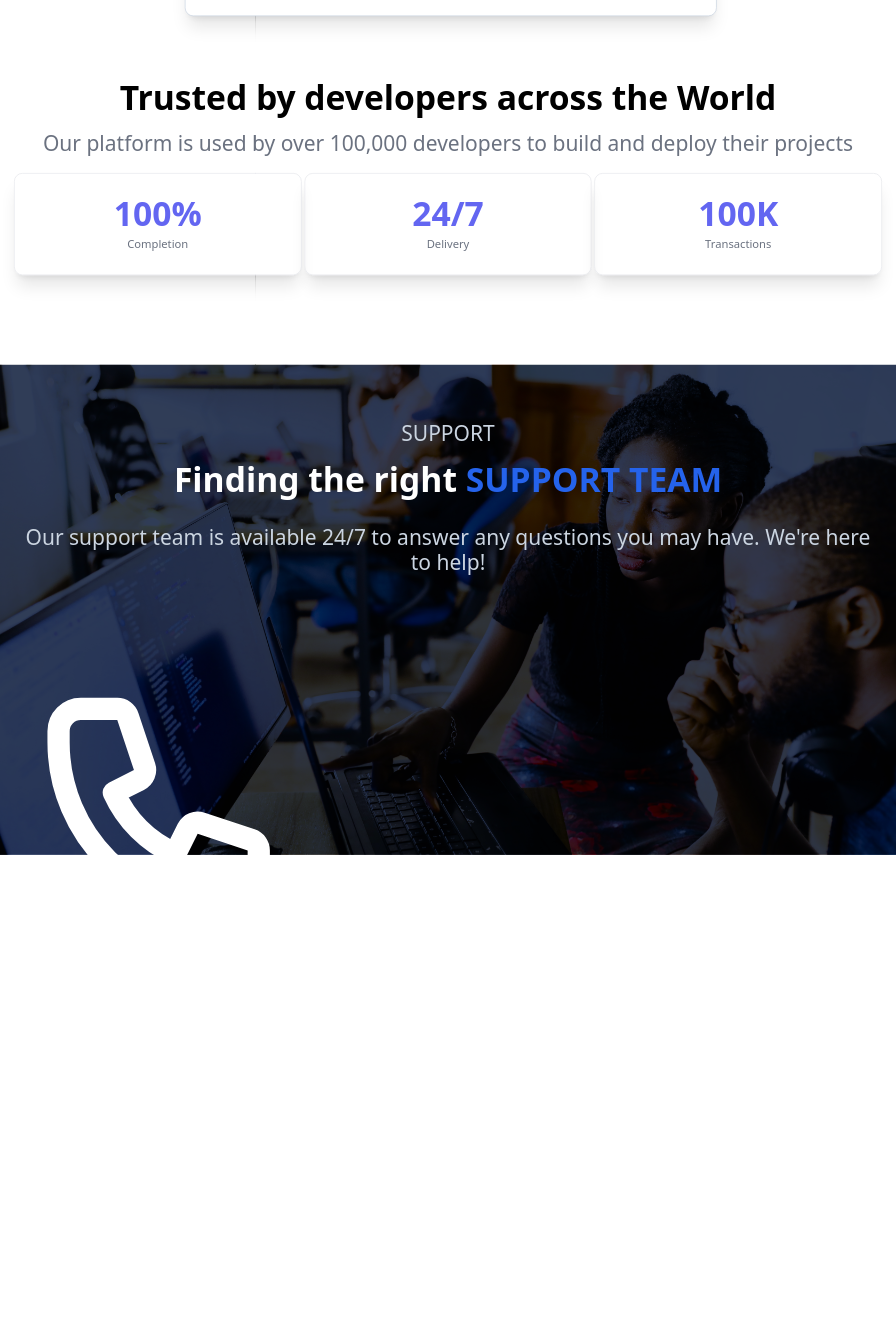
Repository: Esther-Kamau/cloud-management
Page: /
The author's editor kept a copy of each file at every save. The page is drawn from the files as they stood at one save, then again after the next save.
The browser window is 1280 px wide. The pictures show the part of the page from y = 733 to 2653 px (the page is 2653 px tall), at 70% of full size.
The project was rebuilt for these pictures with package versions that can differ from the ones it lists, and the page was loaded fresh each time. A package was used in the major version that the imports need, not the one package.json lists.

Above is the page before, as saved 2023-03-16 20:02:08.

After the next save:
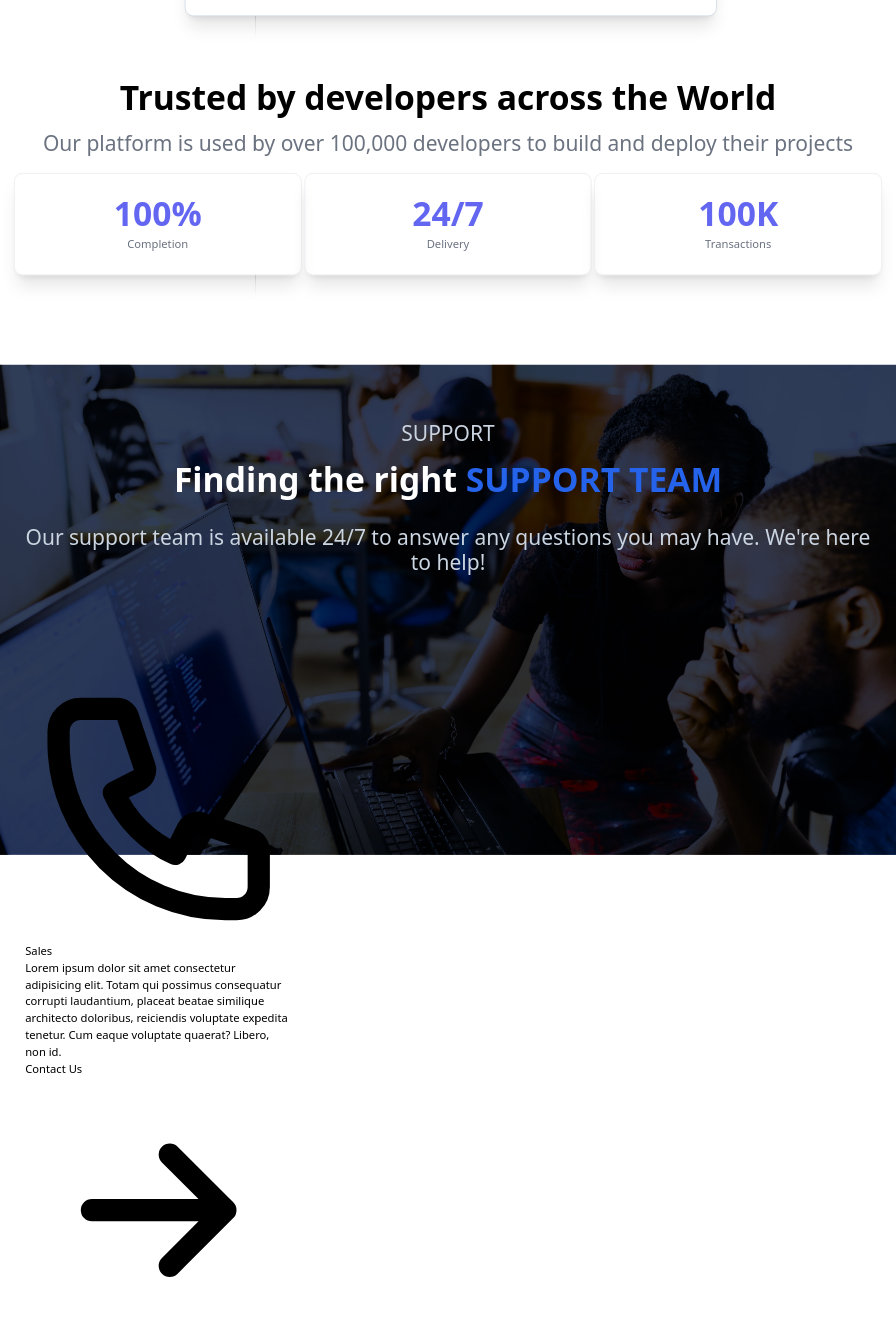
Saved 5 s later.
--- a/src/components/Support.jsx
+++ b/src/components/Support.jsx
@@ -26,7 +26,7 @@ const Support = () => {
             have. We're here to help!
           </p>
         </div>
-        <div className="grid grid-cols-1 lg:grid-cols-3 relative gap-y-16 gap-x-8 px-4 pt-12 sm:pt-20 ">
+        <div className="grid grid-cols-1 lg:grid-cols-3 relative gap-y-16 gap-x-8 px-4 pt-12 sm:pt-20 text-black">
           <div>
             <div>
               <PhoneIcon />
